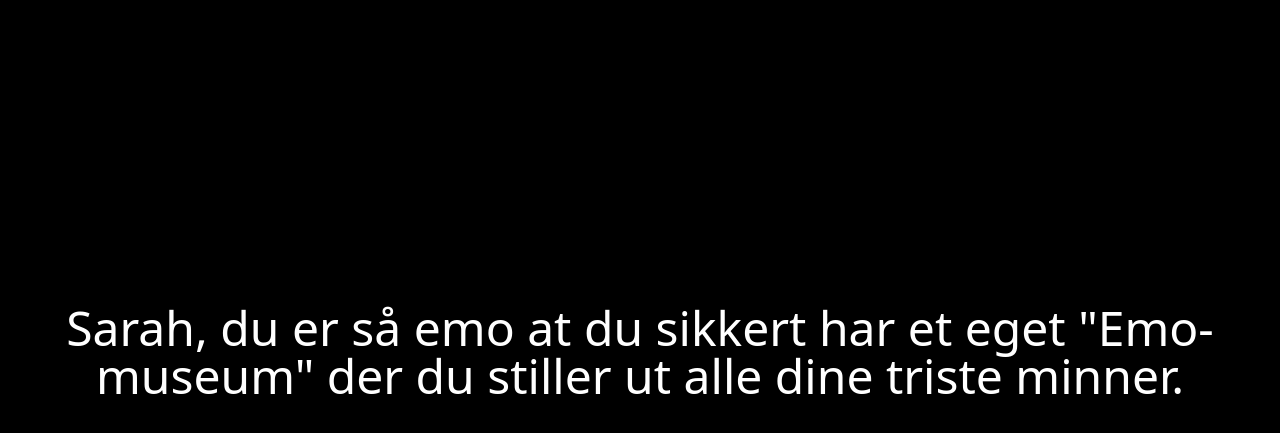
Repository: Larshalvorhansen/personalWebsite
Page: content/infoskjermV2/item-9_dagensBurn.html
These files come from the project's save history. The page is drawn as it stood at one moment and after the next save; the edit follows.
The browser window is 1280 px wide. The pictures show the whole page.
Some web libraries are served in a nearby version.

Above is the page before, as saved 2025-02-17 16:08:46.

### content/infoskjermV2/item-9_dagensBurn.html
<!DOCTYPE html>
<html lang="en">

<head>
    <meta charset="UTF-8">
    <meta name="viewport" content="width=device-width, initial-scale=1.0">
    <title>Daily Burn</title>
    <!-- Include Tailwind CSS -->
    <script src="https://cdn.tailwindcss.com"></script>
</head>

<body class="bg-black text-white font-sans">
    <!-- Daily Burn Section -->
    <div class="container mx-auto p-4 h-screen flex flex-col items-center justify-center">
        <div class="DailyBurn bg-black p-4 rounded-lg shadow-md text-center">
            <p id="random-line" class="text-5xl mb-4">Loading...</p>
            <!-- <button onclick="fetchRandomLine()" class="px-4 py-2 bg-white text-black rounded">
                Get New Line
            </button> -->
        </div>
    </div>

    <!-- JavaScript to Fetch Random Lines -->
    <script>
        function fetchRandomLine() {
            fetch('burnsV2.txt')
                .then(response => response.text())
                .then(data => {
                    const lines = data.split('\n').filter(line => line.trim() !== '');
                    const randomLine = lines[Math.floor(Math.random() * lines.length)];
                    document.getElementById('random-line').textContent = randomLine;
                });
        }
        fetchRandomLine(); // Fetch a line on page load
    </script>
</body>

</html>

After the next save:
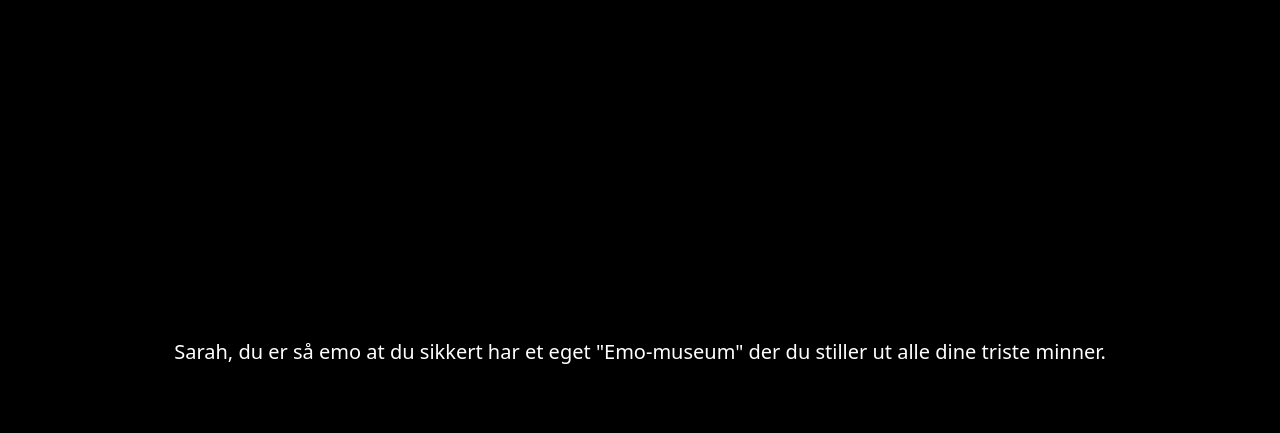
Saved 2 min 0 s later.
--- a/content/infoskjermV2/item-9_dagensBurn.html
+++ b/content/infoskjermV2/item-9_dagensBurn.html
@@ -4,7 +4,7 @@
 <head>
     <meta charset="UTF-8">
     <meta name="viewport" content="width=device-width, initial-scale=1.0">
-    <title>Daily Burn</title>
+    <!-- <title>Daily Burn</title> -->
     <!-- Include Tailwind CSS -->
     <script src="https://cdn.tailwindcss.com"></script>
 </head>
@@ -13,7 +13,7 @@
     <!-- Daily Burn Section -->
     <div class="container mx-auto p-4 h-screen flex flex-col items-center justify-center">
         <div class="DailyBurn bg-black p-4 rounded-lg shadow-md text-center">
-            <p id="random-line" class="text-5xl mb-4">Loading...</p>
+            <p id="random-line" class="text-xl mb-4">Loading...</p>
             <!-- <button onclick="fetchRandomLine()" class="px-4 py-2 bg-white text-black rounded">
                 Get New Line
             </button> -->
